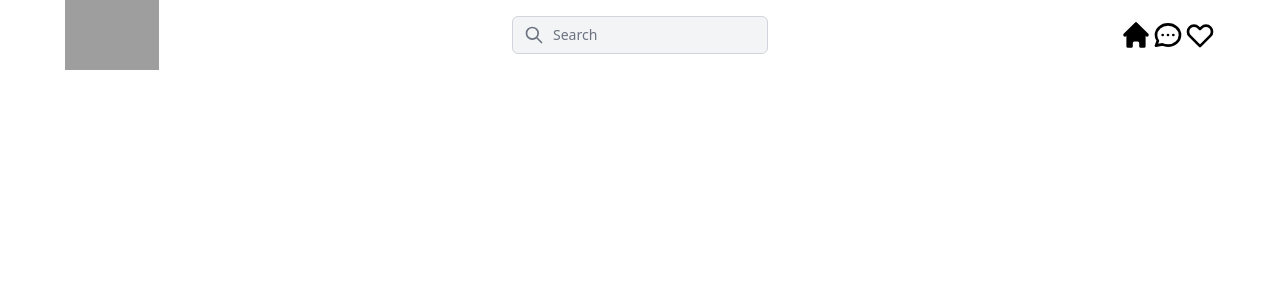
Repository: Qu4ntumGuy/insta-clone
Page: /
These files come from the project's save history. The page is drawn as it stood at one moment and after a run of saves; the edit follows.
The browser window is 1280 px wide. The pictures show the whole page.
Pictures or frames that could not be fetched are drawn as grey boxes. The project was rebuilt for these pictures with package versions that can differ from the ones it lists, and the page was loaded fresh each time. The framework's server and built-in components were replaced by stand-ins that run in the browser. Also part of the build but not shown: next.config.js.

Above is the page before, as saved 2022-03-16 12:53:21.

### pages/index.js
import Head from "next/head";
import Header from "../components/Header";

export default function Home() {
  return (
    <div className="">
      <Head>
        <title>Instagram 2.0</title>
        <link rel="icon" href="/favicon.ico" />
      </Head>
      <Header />
    </div>
  );
}

### components/Header.js
import Image from "next/image";
import {
  SearchIcon,
  PlusCicleIcon,
  UserGroupIcon,
  HeartIcon,
  CameraIcon,
  ChatIcon,
  MenuIcon,
} from "@heroicons/react/outline";
import { HomeIcon } from "@heroicons/react/solid"

const Header = () => {
  return (
    <div className="mx-5">
      <div className="flex justify-between max-w-6xl lg:mx-auto">
        <div className="relative hidden md:inline-grid w-24 cursor-pointer">
          <Image
            src="https://logos-world.net/wp-content/uploads/2020/04/Instagram-Logo.png"
            layout="fill"
            objectFit="contain"
          />
        </div>

        <div className="md:hidden flex items-center">
          <CameraIcon className=" absolute h-8 w-8" />
        </div>

        <div className=" max-w-xs">
          <div className=" relative m-1 p-3 rounded-md">
            <div className=" absolute inset-y-0  pl-3 flex items-center">
              <SearchIcon className=" h-5 w-5 text-gray-500" />
            </div>
            <input
              className="bg-gray-100 rounded-md block w-full pl-10 sm: text-sm
            border-gray-300 focus:ring-black focus:border-black"
              type="text"
              placeholder="Search"
            />
          </div>
        </div>
        <div className="flex items-center">
        <HomeIcon className=" h-8 w-8" />
        <ChatIcon className=" h-8 w-8" />
        <HeartIcon className=" h-8 w-8 " />
        </div>
      </div>
    </div>
  );
};

export default Header;

Loaded but not shown: pages/_app.js (common file); styles/globals.css (common file); tailwind.config.js (common file)

After the next 2 saves:
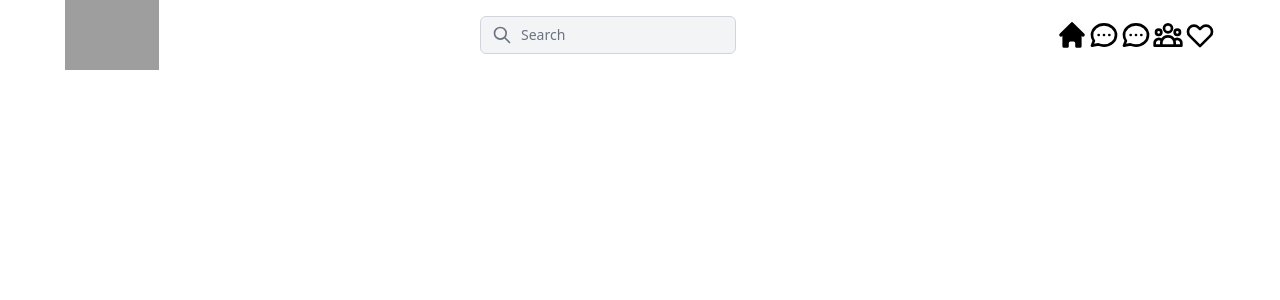
The 2 saves are shown as one change because 1 did not build or start.
The last was saved 97 s later.
--- a/components/Header.js
+++ b/components/Header.js
@@ -42,7 +42,10 @@ const Header = () => {
         <div className="flex items-center">
         <HomeIcon className=" h-8 w-8" />
         <ChatIcon className=" h-8 w-8" />
+        <ChatIcon className=" h-8 w-8" />
+        <UserGroupIcon className="h-8 w-8" />
         <HeartIcon className=" h-8 w-8 " />
+
         </div>
       </div>
     </div>
